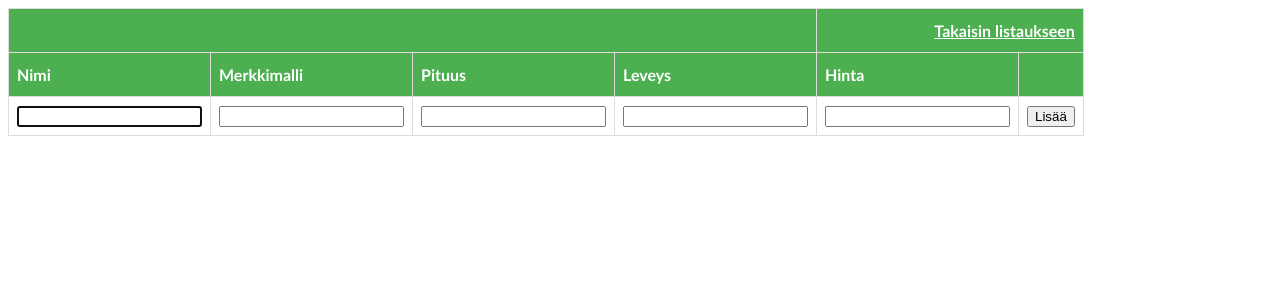
Repository: a1503589/ohjelmointi2-lopputyo
Page: http://localhost/autot/lisaavene.jsp
The author's editor kept a copy of each file at every save. The page is drawn from the files as they stood at one save, then again after the next save.
The browser window is 1280 px wide. The pictures show the whole page.
The page is served by Tomcat 9.

Above is the page before, as saved 2021-12-14 16:49:35.

After the next save:
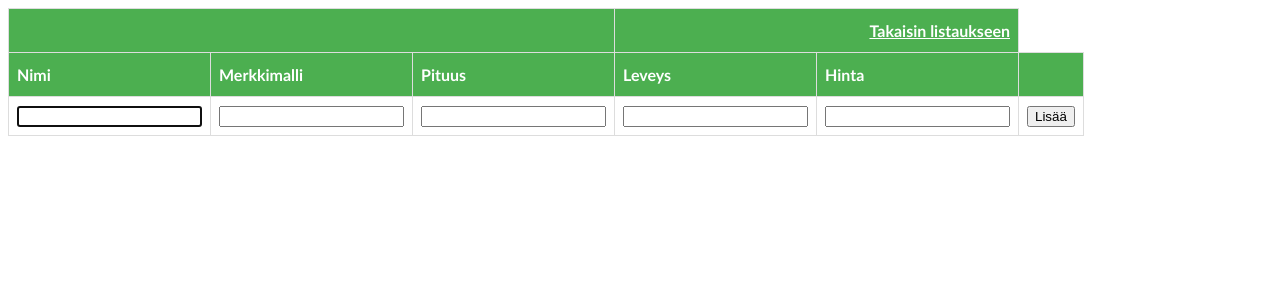
Saved 85 s later.
--- a/autot/src/main/webapp/lisaavene.jsp
+++ b/autot/src/main/webapp/lisaavene.jsp
@@ -13,7 +13,7 @@
 	<table>
 		<thead>
 			<tr>
-				<th colspan="4" id="ilmo"></th>
+				<th colspan="3" id="ilmo"></th>
 				<th colspan="2" class="oikealle"><a href="listaaveneet.jsp" id="takaisin">Takaisin listaukseen</a></th>
 			</tr>
 			<tr>
@@ -53,8 +53,13 @@ document.getElementById("nimi").focus();//viedään kursori rekno-kenttään siv
 //POST /autot/
 function lisaaTiedot(){
 	var ilmo="";
+	var nimi = document.getElementById("nimi").value;
+	var merkkimalli = document.getElementById("merkkimalli").value;
+	var pituus = siivoa(document.getElementById("pituus").value); //korvataan syötteen merkki ennen validointia
+	var leveys = siivoa(document.getElementById("leveys").value);
+	var hinta = document.getElementById("hinta").value;
 
-	if(nimi.length<2||merkkimalli.length<2||pituus*1!=pituus||leveys*1!=leveys||hinta*1!=hinta){
+	if(nimi.length<2||merkkimalli.length<2||pituus*1!=pituus||leveys*1!=leveys||hinta*1!=hinta){ //validoidaan arvot, luvut kerrotaan itsellään numeraalisen arvon varmistamiseksi
 		document.getElementById("ilmo").innerHTML = "Antamasi arvot eivät kelpaa!"
 		return;
 	}
@@ -66,12 +71,10 @@ function lisaaTiedot(){
 	}
 	document.getElementById("nimi").value=siivoa(document.getElementById("nimi").value);
 	document.getElementById("merkkimalli").value=siivoa(document.getElementById("merkkimalli").value);
-	document.getElementById("pituus").value=siivoa(document.getElementById("pituus").value);
-	document.getElementById("leveys").value=siivoa(document.getElementById("leveys").value);
 	document.getElementById("hinta").value=siivoa(document.getElementById("hinta").value);
 
 	var formJsonStr=formDataToJSON(document.getElementById("tiedot")); //muutetaan lomakkeen tiedot json-stringiksi
-	//Lähetään uudet tiedot backendiin
+	console.log(formJsonStr);
 	fetch("veneet",{//Lähetetään kutsu backendiin
 	      method: 'POST',
 	      body:formJsonStr
